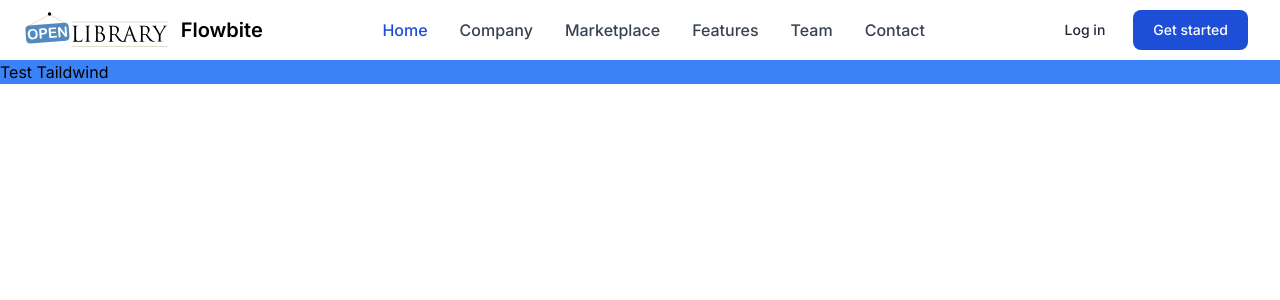
Repository: XuanKhanhHoang/Library-System-Frontend
Page: /
An editor plug-in stored every save of this project. The page is shown before and after the next save, followed by the edit.
The browser window is 1280 px wide. The pictures show the whole page.
The project was rebuilt for these pictures with package versions that can differ from the ones it lists, and the page was loaded fresh each time. The framework's server and built-in components were replaced by stand-ins that run in the browser. Also part of the build but not shown: next.config.mjs.

Above is the page before, as saved 2024-09-17 17:30:23.

### src/app/layout.tsx
import type { Metadata } from "next";
import { Inter } from "next/font/google";
import "./globals.css";

const inter = Inter({ subsets: ["latin"] });

export const metadata: Metadata = {
  title: "Create Next App",
  description: "Generated by create next app",
};

export default function RootLayout({
  children,
}: Readonly<{
  children: React.ReactNode;
}>) {
  return (
    <html lang="en">
      <body className={inter.className}>
        <header>
          <nav className="bg-white border-gray-200 px-4 lg:px-6 py-2.5 dark:bg-gray-800">
            <div className="flex flex-wrap items-center justify-between max-w-screen-xl mx-auto">
              <a href="https://flowbite.com" className="flex items-center">
                <img
                  src="./openlibrary-logo-tighter.svg"
                  className="h-6 mr-3 sm:h-9"
                  alt="Flowbite Logo"
                />
                <span className="self-center text-xl font-semibold whitespace-nowrap dark:text-white">
                  Flowbite
                </span>
              </a>
              <div className="flex items-center lg:order-2">
                <a
                  href="#"
                  className="text-gray-800 dark:text-white hover:bg-gray-50 focus:ring-4 focus:ring-gray-300 font-medium rounded-lg text-sm px-4 lg:px-5 py-2 lg:py-2.5 mr-2 dark:hover:bg-gray-700 focus:outline-none dark:focus:ring-gray-800"
                >
                  Log in
                </a>
                <a
                  href="#"
                  className="text-white bg-primary-700 hover:bg-primary-800 focus:ring-4 focus:ring-primary-300 font-medium rounded-lg text-sm px-4 lg:px-5 py-2 lg:py-2.5 mr-2 dark:bg-primary-600 dark:hover:bg-primary-700 focus:outline-none dark:focus:ring-primary-800"
                >
                  Get started
                </a>
                <button
                  data-collapse-toggle="mobile-menu-2"
                  type="button"
                  className="inline-flex items-center p-2 ml-1 text-sm text-gray-500 rounded-lg lg:hidden hover:bg-gray-100 focus:outline-none focus:ring-2 focus:ring-gray-200 dark:text-gray-400 dark:hover:bg-gray-700 dark:focus:ring-gray-600"
                  aria-controls="mobile-menu-2"
                  aria-expanded="false"
                >
                  <span className="sr-only">Open main menu</span>
                  <svg
                    className="w-6 h-6"
                    fill="currentColor"
                    viewBox="0 0 20 20"
                    xmlns="http://www.w3.org/2000/svg"
                  >
                    <path
                      fill-rule="evenodd"
                      d="M3 5a1 1 0 011-1h12a1 1 0 110 2H4a1 1 0 01-1-1zM3 10a1 1 0 011-1h12a1 1 0 110 2H4a1 1 0 01-1-1zM3 15a1 1 0 011-1h12a1 1 0 110 2H4a1 1 0 01-1-1z"
                      clip-rule="evenodd"
                    ></path>
                  </svg>
                  <svg
                    className="hidden w-6 h-6"
                    fill="currentColor"
                    viewBox="0 0 20 20"
                    xmlns="http://www.w3.org/2000/svg"
                  >
                    <path
                      fill-rule="evenodd"
                      d="M4.293 4.293a1 1 0 011.414 0L10 8.586l4.293-4.293a1 1 0 111.414 1.414L11.414 10l4.293 4.293a1 1 0 01-1.414 1.414L10 11.414l-4.293 4.293a1 1 0 01-1.414-1.414L8.586 10 4.293 5.707a1 1 0 010-1.414z"
                      clip-rule="evenodd"
                    ></path>
                  </svg>
                </button>
              </div>
              <div
                className="items-center justify-between hidden w-full lg:flex lg:w-auto lg:order-1"
                id="mobile-menu-2"
              >
                <ul className="flex flex-col mt-4 font-medium lg:flex-row lg:space-x-8 lg:mt-0">
                  <li>
                    <a
                      href="#"
                      className="block py-2 pl-3 pr-4 text-white rounded bg-primary-700 lg:bg-transparent lg:text-primary-700 lg:p-0 dark:text-white"
                      aria-current="page"
                    >
                      Home
                    </a>
                  </li>
                  <li>
                    <a
                      href="#"
                      className="block py-2 pl-3 pr-4 text-gray-700 border-b border-gray-100 hover:bg-gray-50 lg:hover:bg-transparent lg:border-0 lg:hover:text-primary-700 lg:p-0 dark:text-gray-400 lg:dark:hover:text-white dark:hover:bg-gray-700 dark:hover:text-white lg:dark:hover:bg-transparent dark:border-gray-700"
                    >
                      Company
                    </a>
                  </li>
                  <li>
                    <a
                      href="#"
                      className="block py-2 pl-3 pr-4 text-gray-700 border-b border-gray-100 hover:bg-gray-50 lg:hover:bg-transparent lg:border-0 lg:hover:text-primary-700 lg:p-0 dark:text-gray-400 lg:dark:hover:text-white dark:hover:bg-gray-700 dark:hover:text-white lg:dark:hover:bg-transparent dark:border-gray-700"
                    >
                      Marketplace
                    </a>
                  </li>
                  <li>
                    <a
                      href="#"
                      className="block py-2 pl-3 pr-4 text-gray-700 border-b border-gray-100 hover:bg-gray-50 lg:hover:bg-transparent lg:border-0 lg:hover:text-primary-700 lg:p-0 dark:text-gray-400 lg:dark:hover:text-white dark:hover:bg-gray-700 dark:hover:text-white lg:dark:hover:bg-transparent dark:border-gray-700"
                    >
                      Features
                    </a>
                  </li>
                  <li>
                    <a
                      href="#"
                      className="block py-2 pl-3 pr-4 text-gray-700 border-b border-gray-100 hover:bg-gray-50 lg:hover:bg-transparent lg:border-0 lg:hover:text-primary-700 lg:p-0 dark:text-gray-400 lg:dark:hover:text-white dark:hover:bg-gray-700 dark:hover:text-white lg:dark:hover:bg-transparent dark:border-gray-700"
                    >
                      Team
                    </a>
                  </li>
                  <li>
                    <a
                      href="#"
                      className="block py-2 pl-3 pr-4 text-gray-700 border-b border-gray-100 hover:bg-gray-50 lg:hover:bg-transparent lg:border-0 lg:hover:text-primary-700 lg:p-0 dark:text-gray-400 lg:dark:hover:text-white dark:hover:bg-gray-700 dark:hover:text-white lg:dark:hover:bg-transparent dark:border-gray-700"
                    >
                      Contact
                    </a>
                  </li>
                </ul>
              </div>
            </div>
          </nav>
        </header>
        {children}
      </body>
    </html>
  );
}

### src/app/page.tsx
export default function Home() {
  return <main className="bg-blue-500">Test Taildwind</main>;
}

### tailwind.config.js
/** @type {import('tailwindcss').Config} */
module.exports = {
  content: ["./src/**/*.{js,ts,jsx,tsx,mdx}"],
  theme: {
    extend: {
      colors: {
        primary: {
          50: "#eff6ff",
          100: "#dbeafe",
          200: "#bfdbfe",
          300: "#93c5fd",
          400: "#60a5fa",
          500: "#3b82f6",
          600: "#2563eb",
          700: "#1d4ed8",
          800: "#1e40af",
          900: "#1e3a8a",
          950: "#172554",
        },
      },
    },
  },
  fontFamily: {
    body: [
      "Inter",
      "ui-sans-serif",
      "system-ui",
      "-apple-system",
      "system-ui",
      "Segoe UI",
      "Roboto",
      "Helvetica Neue",
      "Arial",
      "Noto Sans",
      "sans-serif",
      "Apple Color Emoji",
      "Segoe UI Emoji",
      "Segoe UI Symbol",
      "Noto Color Emoji",
    ],
    sans: [
      "Inter",
      "ui-sans-serif",
      "system-ui",
      "-apple-system",
      "system-ui",
      "Segoe UI",
      "Roboto",
      "Helvetica Neue",
      "Arial",
      "Noto Sans",
      "sans-serif",
      "Apple Color Emoji",
      "Segoe UI Emoji",
      "Segoe UI Symbol",
      "Noto Color Emoji",
    ],
  },
  plugins: [],
};

Loaded but not shown: src/app/globals.css (common file)

After the next save:
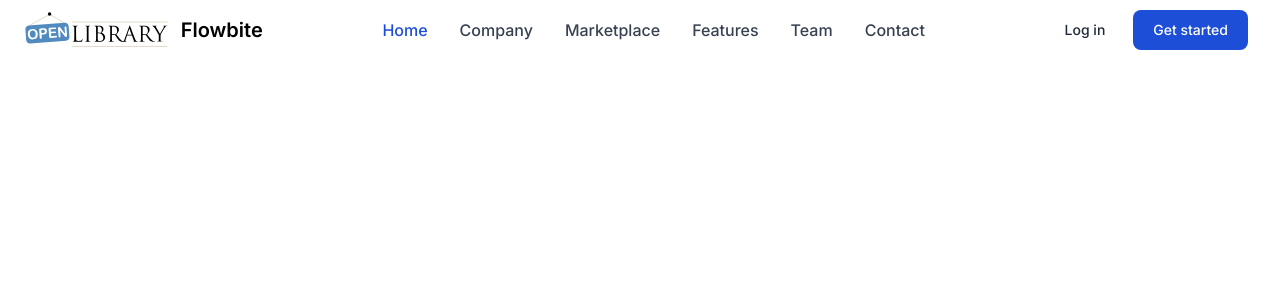
Saved 41 s later.
--- a/src/app/page.tsx
+++ b/src/app/page.tsx
@@ -1,3 +1,3 @@
 export default function Home() {
-  return <main className="bg-blue-500">Test Taildwind</main>;
+  return <main className="bg-blue-500"></main>;
 }
